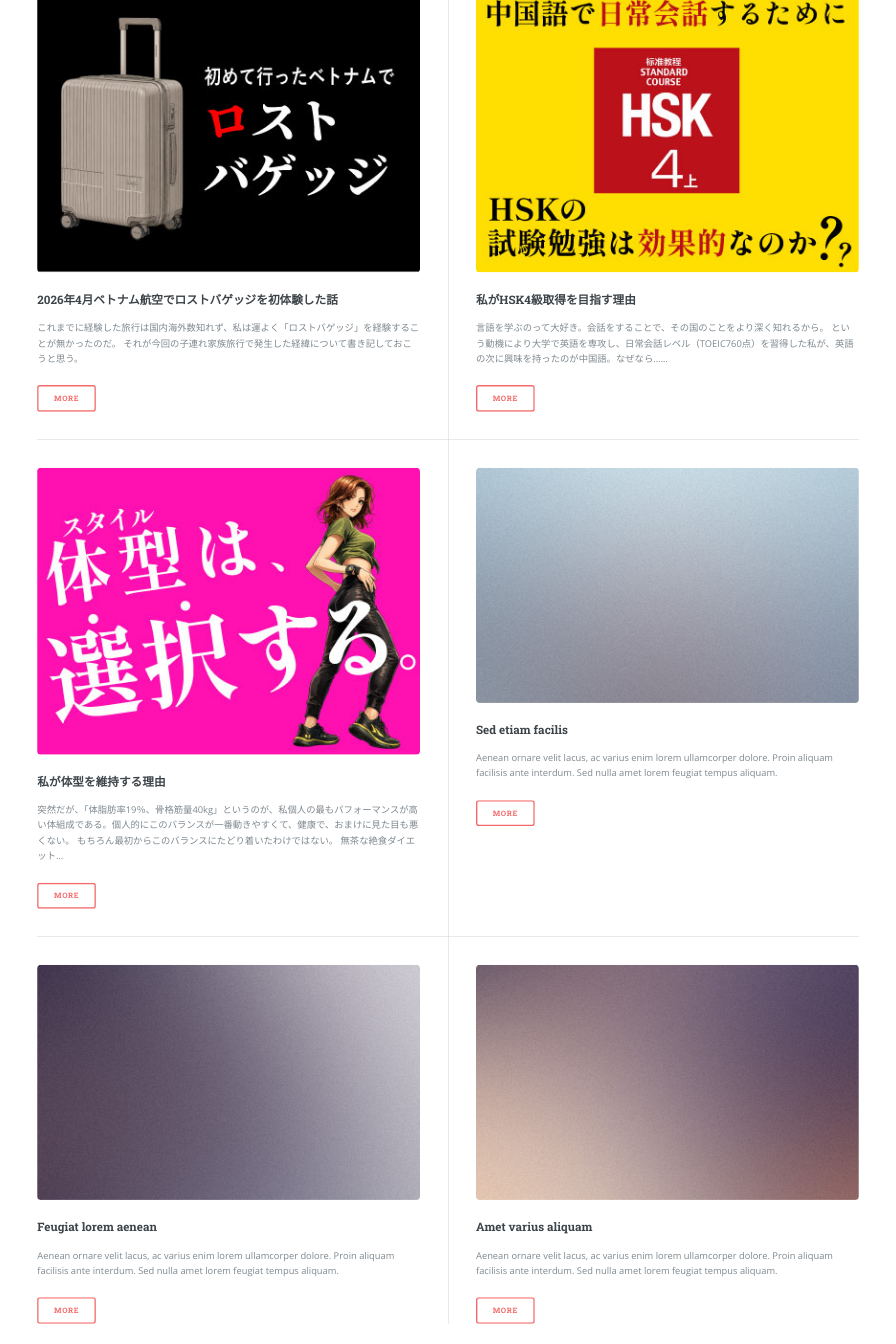
Repository: mika0138/html5up-editorial
Page: index.html
An editor plug-in stored every save of this project. The page is shown before and after the next save, followed by the edit.
The browser window is 1280 px wide. The pictures show the part of the page from y = 1663 to 3583 px (the page is 3608 px tall), at 70% of full size.

Above is the page before, as saved 2026-06-12 19:41:44.

After the next save:
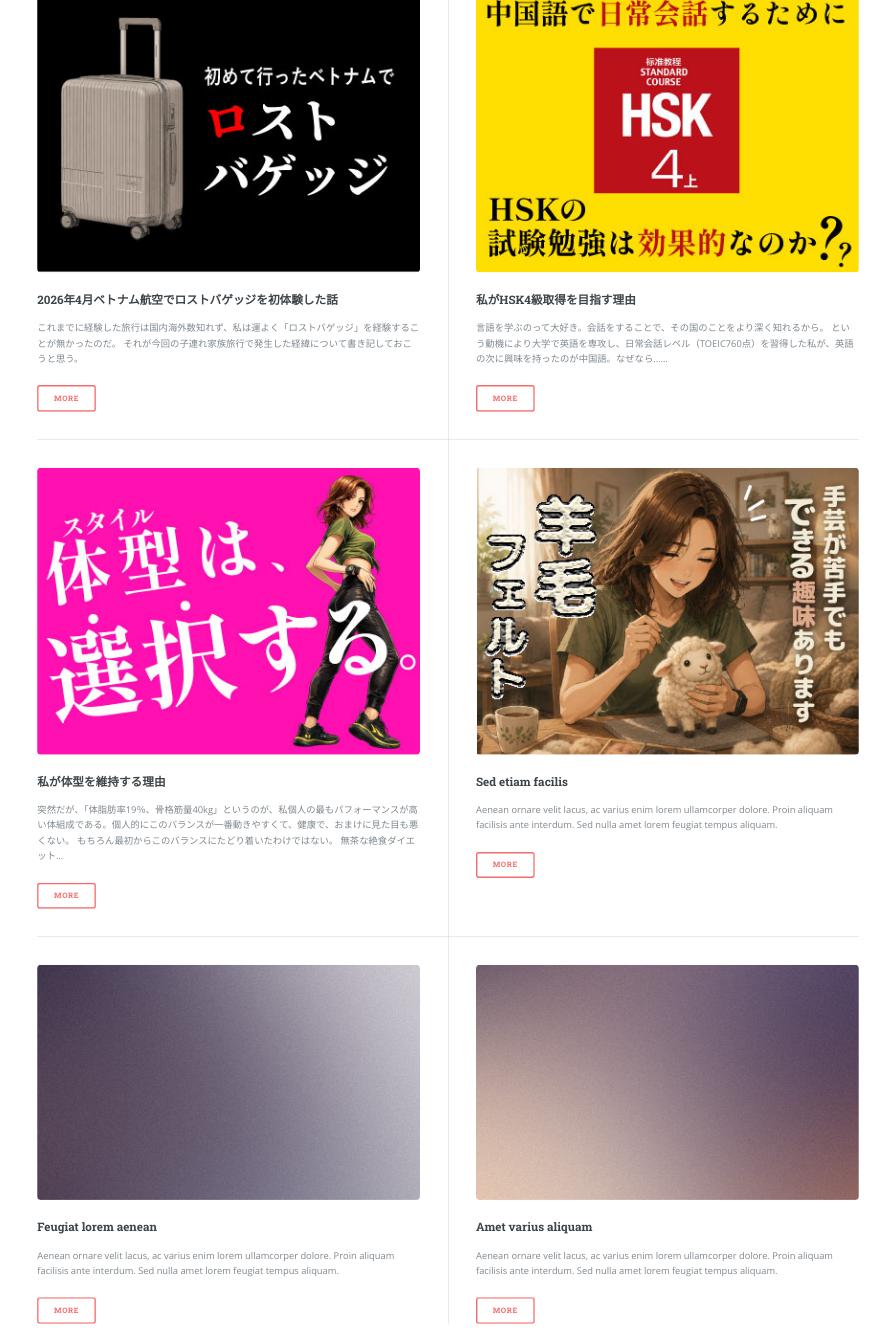
Saved 13 s later.
--- a/index.html
+++ b/index.html
@@ -144,7 +144,7 @@
 										</article>
 										<article>
 											<a href="https://note.com/natty_flax38/n/ndb6b06848bb1?app_launch=false" target="_blank"
-   rel="noopener noreferrer"class="image"><img src="images/pic04.jpg" alt="" /></a>
+   rel="noopener noreferrer"class="image"><img src="images/youmou.jpg" alt="" /></a>
 											<h3>Sed etiam facilis</h3>
 											<p>Aenean ornare velit lacus, ac varius enim lorem ullamcorper dolore. Proin aliquam facilisis ante interdum. Sed nulla amet lorem feugiat tempus aliquam.</p>
 											<ul class="actions">
